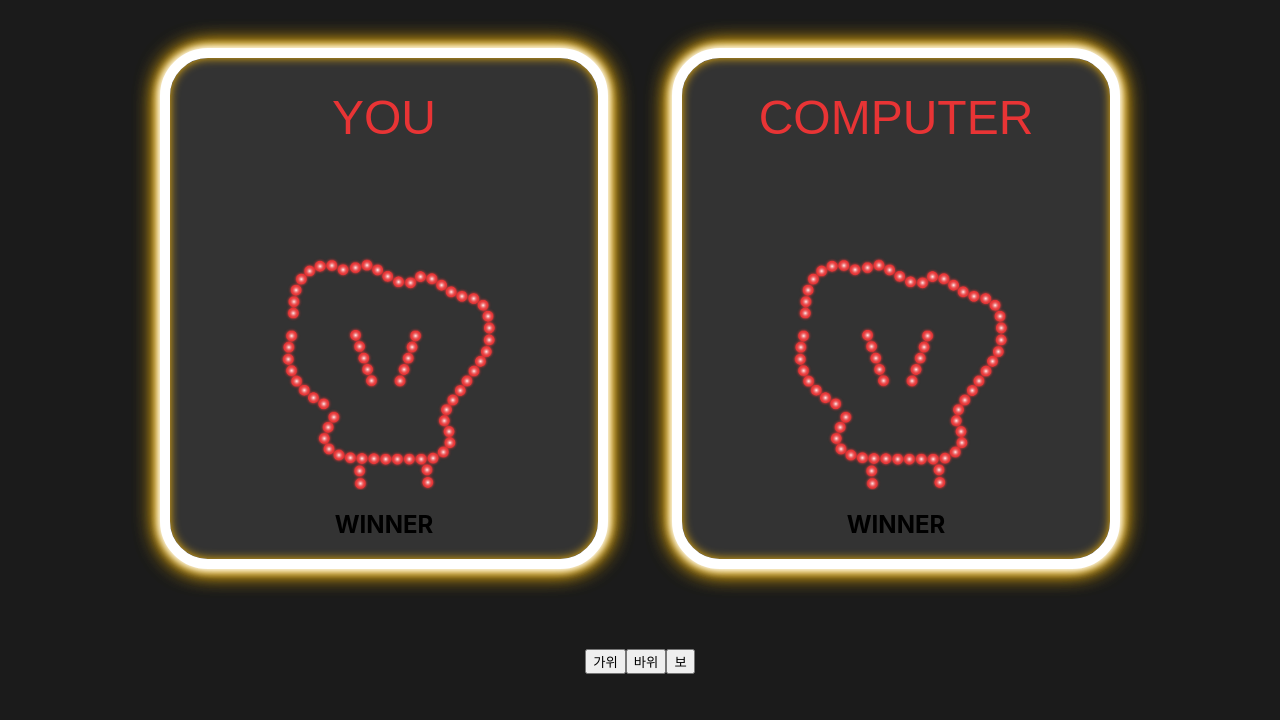
Repository: KIMMIHYE12/classComponent
Page: /
These files come from the project's save history. The page is drawn as it stood at one moment and after the next save; the edit follows.
The browser window is 1280 px wide. The pictures show the whole page.
Some web fonts or font styles are not loaded; a fallback is used. The project was rebuilt for these pictures with package versions that can differ from the ones it lists, and the page was loaded fresh each time.

Above is the page before, as saved 2024-03-18 21:54:46.

### src/App.js
import "./App.css";
import { Box } from "./component/Box";

function App() {
  return (
    <div className='content'>
      <div className='game_screen'>
        <Box title='YOU' />
        <Box title='COMPUTER' />
      </div>
      <div className='btn_wrap'>
        <button className='scissor'>가위</button>
        <button className='rock'>바위</button>
        <button className='paper'>보</button>
      </div>
    </div>
  );
}

export default App;

### src/App.css
@import url("https://use.typekit.net/ebb2deg.css");

* {
  box-sizing: border-box;
}

.content {
  height: 100vh;
  padding: 3em 0;
  background-color: #1b1b1b;
}

.game_screen {
  width: 100%;
  display: flex;
  justify-content: center;
}

.box {
  width: 35%;
  display: flex;
  flex-direction: column;
  align-items: center;
  margin: 0 2em;
  border: 10px solid #fff;
  background: #333;
  border-radius: 3rem;
  box-shadow: 0 0 10px #fff, 0 0 10px #fff, 0 0 24px #f5b70c, 0 0 16px #f5b70c,
    0 0 24px #f5b70c, inset 0 0 10px #f5b70c;
}

h1 {
  font-size: 3em;
  color: #e83435;
  font-family: "gloridot", sans-serif;
  font-weight: 400;
  font-style: normal;
}

img {
  width: 70%;
}

.btn_wrap {
  margin-top: 5em;
  display: flex;
  justify-content: center;
}

### src/component/Box.js
import React from "react";

export const Box = (props) => {
  console.log(props);
  return (
    <div className='box'>
      <h1>{props.title}</h1>
      <img src='/images/rock.png' alt='바위' />
      <h2>WINNER</h2>
    </div>
  );
};

Loaded but not shown: public/index.html (common file); src/index.js (common file); src/index.css (common file); src/reportWebVitals.js (common file)

After the next save:
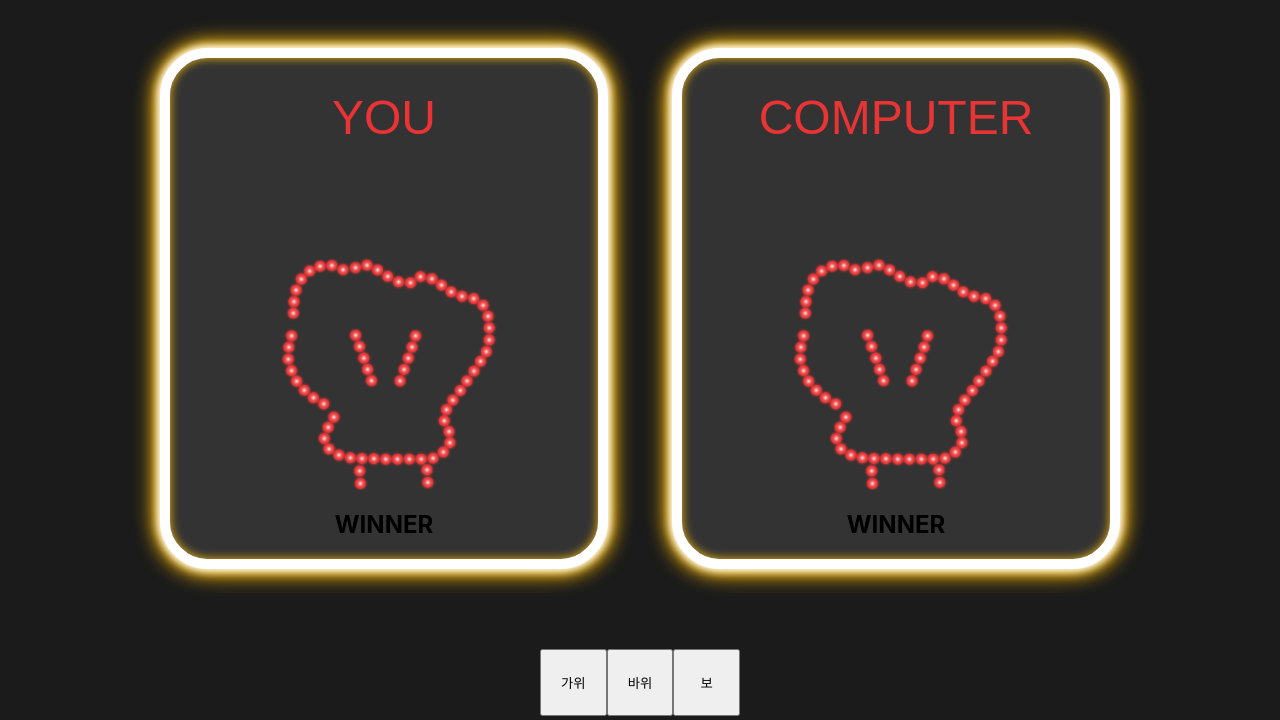
Saved 41 s later.
--- a/src/App.css
+++ b/src/App.css
@@ -46,3 +46,8 @@ img {
   display: flex;
   justify-content: center;
 }
+
+.btn_wrap button {
+  width: 5em;
+  height: 5em;
+}
